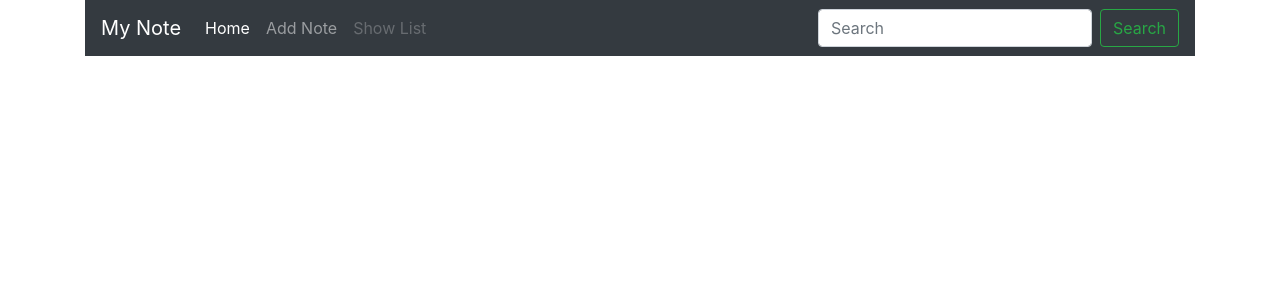
Repository: anshpn8/Java_Spring
Page: http://localhost/MyNotes/
These files come from the project's save history. The page is drawn as it stood at one moment and after the next save; the edit follows.
The browser window is 1280 px wide. The pictures show the whole page.
The page is served by Tomcat 9. Other server files are loaded and not shown.

Above is the page before, as saved 2024-04-14 06:49:53.

### MyNotes/src/main/webapp/index.jsp
<!DOCTYPE html>
<html lang="en">
<head>
    <meta charset="UTF-8">
    <meta name="viewport" content="width=device-width, initial-scale=1.0">
    <title>Hello World</title>

 <link href="https://maxcdn.bootstrapcdn.com/bootstrap/4.0.0/css/bootstrap.min.css" rel="stylesheet">


    </head>
<body>
    <div class="container">
    <%@include file="navbar.jsp" %>

    </div>


</body>
</html>

### MyNotes/src/main/webapp/navbar.jsp
<nav class="navbar navbar-expand-lg navbar-dark bg-dark">
  <a class="navbar-brand" href="#">My Note</a>
  <button class="navbar-toggler" type="button" data-toggle="collapse" data-target="#navbarSupportedContent" aria-controls="navbarSupportedContent" aria-expanded="false" aria-label="Toggle navigation">
    <span class="navbar-toggler-icon"></span>
  </button>

  <div class="collapse navbar-collapse" id="navbarSupportedContent">
    <ul class="navbar-nav mr-auto">
      <li class="nav-item active">
        <a class="nav-link" href="#">Home <span class="sr-only">(current)</span></a>
      </li>
      <li class="nav-item">
        <a class="nav-link" href="#">Add Note</a>
      </li>
      <li class="nav-item">
        <a class="nav-link disabled" href="#" tabindex="-1" aria-disabled="true">Show List</a>
      </li>
    </ul>
    <form class="form-inline my-2 my-lg-0">
      <input class="form-control mr-sm-2" type="search" placeholder="Search" aria-label="Search">
      <button class="btn btn-outline-success my-2 my-sm-0" type="submit">Search</button>
    </form>
  </div>
</nav>

After the next save:
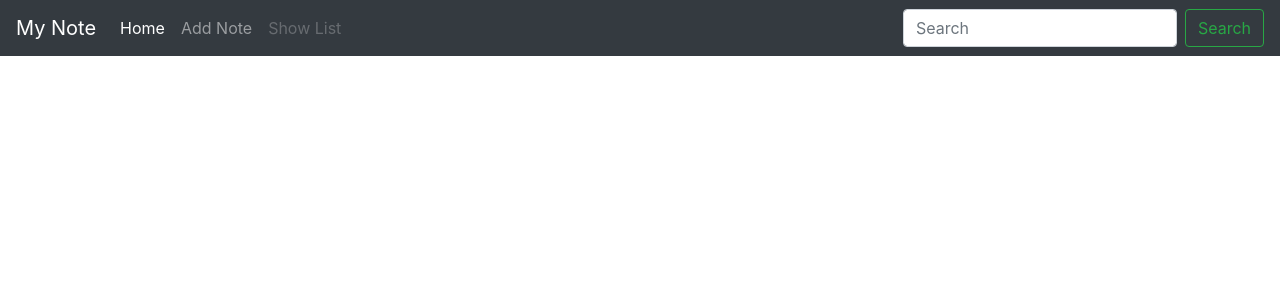
Saved 91 min 10 s later.
--- a/MyNotes/src/main/webapp/index.jsp
+++ b/MyNotes/src/main/webapp/index.jsp
@@ -10,7 +10,7 @@
 
     </head>
 <body>
-    <div class="container">
+    <div class="container-fluid p-0 m-0">
     <%@include file="navbar.jsp" %>
 
     </div>
